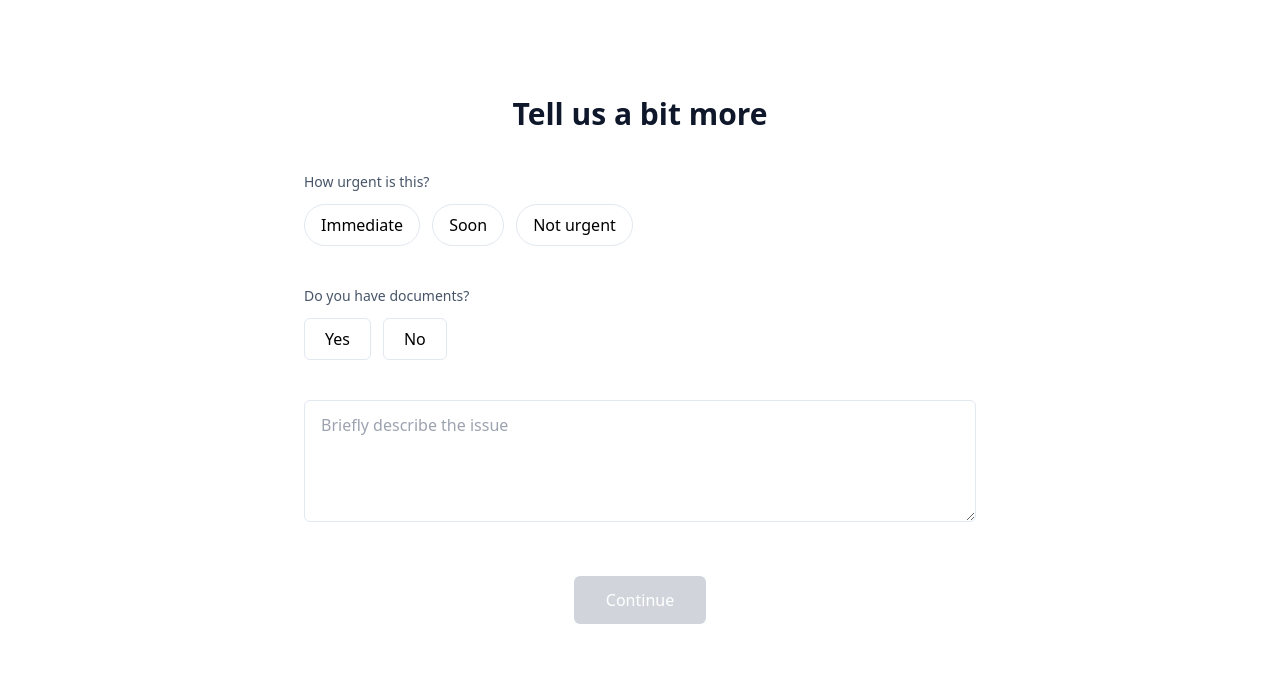
Repository: Aroxy22/legal-res
Page: /intake/context
An editor plug-in stored every save of this project. The page is shown before and after the next save, followed by the edit.
The browser window is 1280 px wide. The pictures show the whole page.
The project was rebuilt for these pictures with package versions that can differ from the ones it lists, and the page was loaded fresh each time. The framework's server and built-in components were replaced by stand-ins that run in the browser. Also part of the build but not shown: next.config.ts.

Above is the page before, as saved 2025-12-22 01:48:05.

### app/intake/layout.tsx
import { IntakeProvider } from "./_context/IntakeContext";

export default function IntakeLayout({
  children,
}: {
  children: React.ReactNode;
}) {
  return <IntakeProvider>{children}</IntakeProvider>;
}

### app/intake/context/page.tsx
"use client";

import { useState } from "react";
import { useRouter } from "next/navigation";
import { useIntake } from "../_context/IntakeContext";

export default function IntakeContext() {
  const router = useRouter();
  const { update } = useIntake();

  const [urgency, setUrgency] = useState<string | null>(null);
  const [hasDocuments, setHasDocuments] = useState<boolean | null>(null);
  const [description, setDescription] = useState("");

  const canProceed = urgency && description.trim();

  return (
    <div className="min-h-screen bg-white flex items-center justify-center px-6">
      <div className="w-full max-w-2xl">
        <h2 className="text-3xl font-semibold text-textPrimary text-center">
          Tell us a bit more
        </h2>

        <div className="mt-10 space-y-10">
          <div>
            <p className="text-sm text-textSecondary mb-3">
              How urgent is this?
            </p>
            <div className="flex gap-3">
              {["Immediate", "Soon", "Not urgent"].map((label) => (
                <button
                  key={label}
                  onClick={() => setUrgency(label)}
                  className={`px-4 py-2 rounded-full border ${
                    urgency === label
                      ? "border-primary bg-blue-50"
                      : "border-borderSubtle"
                  }`}
                >
                  {label}
                </button>
              ))}
            </div>
          </div>

          <div>
            <p className="text-sm text-textSecondary mb-3">
              Do you have documents?
            </p>
            <div className="flex gap-3">
              {[true, false].map((val) => (
                <button
                  key={String(val)}
                  onClick={() => setHasDocuments(val)}
                  className={`px-5 py-2 rounded-md border ${
                    hasDocuments === val
                      ? "border-primary bg-blue-50"
                      : "border-borderSubtle"
                  }`}
                >
                  {val ? "Yes" : "No"}
                </button>
              ))}
            </div>
          </div>

          <div>
            <textarea
              rows={4}
              value={description}
              onChange={(e) => setDescription(e.target.value)}
              placeholder="Briefly describe the issue"
              className="w-full border border-borderSubtle rounded-md px-4 py-3"
            />
          </div>
        </div>

        <div className="mt-12 flex justify-center">
          <button
            disabled={!canProceed}
            onClick={() => {
              update({ urgency, hasDocuments, description });
              router.push("/intake/summary");
            }}
            className={`px-8 py-3 rounded-md text-white ${
              canProceed ? "bg-primary" : "bg-gray-300"
            }`}
          >
            Continue
          </button>
        </div>
      </div>
    </div>
  );
}

### app/globals.css
@tailwind base;
@tailwind components;
@tailwind utilities;

/* sanity check */
html {
  background-color: white;
}

### app/intake/_context/IntakeContext.tsx
"use client";

import { createContext, useContext, useState } from "react";

export type IntakeData = {
  category?: string;
  city?: string;
  court?: string;
  language?: string;
  urgency?: string;
  hasDocuments?: boolean;
  description?: string;
};

type IntakeContextType = {
  data: IntakeData;
  update: (values: Partial<IntakeData>) => void;
};

const IntakeContext = createContext<IntakeContextType | undefined>(undefined);

export function IntakeProvider({ children }: { children: React.ReactNode }) {
  const [data, setData] = useState<IntakeData>({});

  const update = (values: Partial<IntakeData>) => {
    setData((prev) => ({ ...prev, ...values }));
  };

  return (
    <IntakeContext.Provider value={{ data, update }}>
      {children}
    </IntakeContext.Provider>
  );
}

export function useIntake() {
  const context = useContext(IntakeContext);
  if (!context) {
    throw new Error("useIntake must be used within IntakeProvider");
  }
  return context;
}

### tailwind.config.js
/** @type {import('tailwindcss').Config} */
module.exports = {
  content: [
    "./app/**/*.{js,ts,jsx,tsx}",
    "./components/**/*.{js,ts,jsx,tsx}",
  ],
  theme: {
    extend: {
      colors: {
        primary: "#2563EB",
        primaryHover: "#1D4ED8",
        textPrimary: "#0F172A",
        textSecondary: "#475569",
        borderSubtle: "#E2E8F0",
      },
    },
  },
  plugins: [],
};

Loaded but not shown: app/layout.tsx (common file)

After the next save:
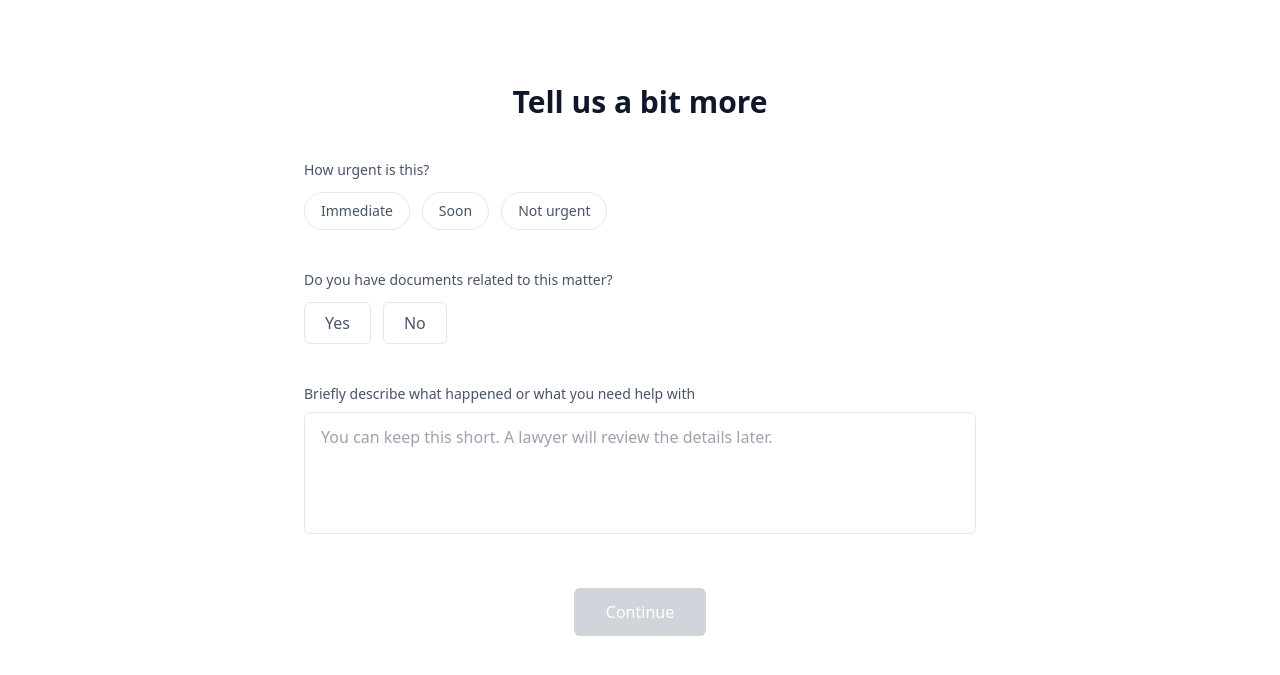
Saved 10 s later.
--- a/app/intake/context/page.tsx
+++ b/app/intake/context/page.tsx
@@ -4,15 +4,16 @@ import { useState } from "react";
 import { useRouter } from "next/navigation";
 import { useIntake } from "../_context/IntakeContext";
 
-export default function IntakeContext() {
+export default function IntakeContextPage() {
   const router = useRouter();
   const { update } = useIntake();
 
-  const [urgency, setUrgency] = useState<string | null>(null);
-  const [hasDocuments, setHasDocuments] = useState<boolean | null>(null);
-  const [description, setDescription] = useState("");
+  const [urgency, setUrgency] = useState<string | undefined>(undefined);
+  const [hasDocuments, setHasDocuments] =
+    useState<boolean | undefined>(undefined);
+  const [description, setDescription] = useState<string>("");
 
-  const canProceed = urgency && description.trim();
+  const canProceed = Boolean(urgency && description.trim().length > 0);
 
   return (
     <div className="min-h-screen bg-white flex items-center justify-center px-6">
@@ -22,59 +23,78 @@ export default function IntakeContext() {
         </h2>
 
         <div className="mt-10 space-y-10">
+          {/* Urgency */}
           <div>
             <p className="text-sm text-textSecondary mb-3">
               How urgent is this?
             </p>
-            <div className="flex gap-3">
-              {["Immediate", "Soon", "Not urgent"].map((label) => (
-                <button
-                  key={label}
-                  onClick={() => setUrgency(label)}
-                  className={`px-4 py-2 rounded-full border ${
-                    urgency === label
-                      ? "border-primary bg-blue-50"
-                      : "border-borderSubtle"
-                  }`}
-                >
-                  {label}
-                </button>
-              ))}
+            <div className="flex gap-3 flex-wrap">
+              {["Immediate", "Soon", "Not urgent"].map((label) => {
+                const isActive = urgency === label;
+
+                return (
+                  <button
+                    key={label}
+                    onClick={() => setUrgency(label)}
+                    className={`
+                      px-4 py-2 rounded-full border text-sm transition
+                      ${isActive
+                        ? "border-primary bg-blue-50 text-textPrimary"
+                        : "border-borderSubtle text-textSecondary hover:border-primary"}
+                    `}
+                  >
+                    {label}
+                  </button>
+                );
+              })}
             </div>
           </div>
 
+          {/* Documents */}
           <div>
             <p className="text-sm text-textSecondary mb-3">
-              Do you have documents?
+              Do you have documents related to this matter?
             </p>
+
             <div className="flex gap-3">
-              {[true, false].map((val) => (
-                <button
-                  key={String(val)}
-                  onClick={() => setHasDocuments(val)}
-                  className={`px-5 py-2 rounded-md border ${
-                    hasDocuments === val
-                      ? "border-primary bg-blue-50"
-                      : "border-borderSubtle"
-                  }`}
-                >
-                  {val ? "Yes" : "No"}
-                </button>
-              ))}
+              {[true, false].map((value) => {
+                const isActive = hasDocuments === value;
+
+                return (
+                  <button
+                    key={String(value)}
+                    onClick={() => setHasDocuments(value)}
+                    className={`
+                      px-5 py-2 rounded-md border transition
+                      ${isActive
+                        ? "border-primary bg-blue-50 text-textPrimary"
+                        : "border-borderSubtle text-textSecondary hover:border-primary"}
+                    `}
+                  >
+                    {value ? "Yes" : "No"}
+                  </button>
+                );
+              })}
             </div>
           </div>
 
+          {/* Description */}
           <div>
+            <label className="block text-sm text-textSecondary mb-2">
+              Briefly describe what happened or what you need help with
+            </label>
+
             <textarea
-              rows={4}
               value={description}
               onChange={(e) => setDescription(e.target.value)}
-              placeholder="Briefly describe the issue"
-              className="w-full border border-borderSubtle rounded-md px-4 py-3"
+              rows={4}
+              placeholder="You can keep this short. A lawyer will review the details later."
+              className="w-full border border-borderSubtle rounded-md px-4 py-3 resize-none"
             />
           </div>
         </div>
 
+        {/* CTA */}
         <div className="mt-12 flex justify-center">
           <button
             disabled={!canProceed}
@@ -82,9 +102,12 @@ export default function IntakeContext() {
               update({ urgency, hasDocuments, description });
               router.push("/intake/summary");
             }}
-            className={`px-8 py-3 rounded-md text-white ${
-              canProceed ? "bg-primary" : "bg-gray-300"
-            }`}
+            className={`
+              px-8 py-3 rounded-md text-white transition
+              ${canProceed
+                ? "bg-primary hover:bg-primaryHover"
+                : "bg-gray-300 cursor-not-allowed"}
+            `}
           >
             Continue
           </button>
